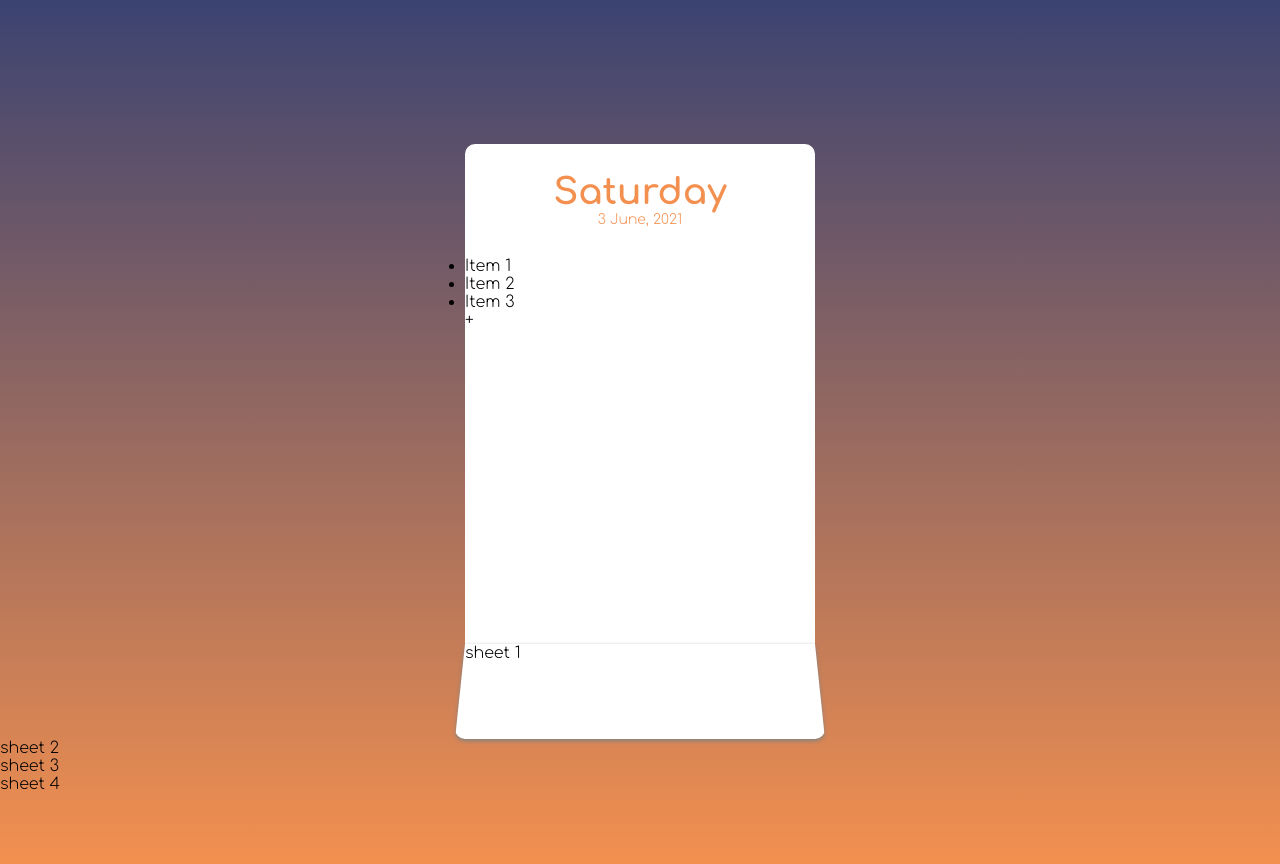
Repository: Colo-Codes/mini-projects
Page: todo-app/index.html
These files come from the project's save history. The page is drawn as it stood at one moment and after the next save; the edit follows.
The browser window is 1280 px wide. The pictures show the whole page.

Above is the page before, as saved 2021-07-04 11:39:25.

### todo-app/index.html
<!DOCTYPE html>
<html lang="en">
    <head>
        <meta charset="UTF-8" />
        <meta http-equiv="X-UA-Compatible" content="IE=edge" />
        <meta name="viewport" content="width=device-width, initial-scale=1.0" />
        <link rel="stylesheet" href="./css/index.css" />
        <title>Mini-Project - ToDo app</title>
    </head>
    <body>
        <div class="changing-background">
            <main class="todo">
                <section id="todo--header">
                    <header>Saturday</header>
                    <p>3 June, 2021</p>
                </section>
                <section id="todo--tasks-list">
                    <ul>
                        <li class="todo--tasks-list--item">Item 1</li>
                        <li class="todo--tasks-list--item">Item 2</li>
                        <li class="todo--tasks-list--item">Item 3</li>
                    </ul>
                </section>
                <section id="todo--footer">
                    <p>+</p>
                </section>
            </main>
            <div id="sheet-1-3d">sheet 1</div>
            <div id="sheet-2-3d">sheet 2</div>
            <div id="sheet-3-3d">sheet 3</div>
            <div id="sheet-4-3d">sheet 4</div>
        </div>
    </body>
</html>

### todo-app/css/index.css
@import url('https://fonts.googleapis.com/css2?family=Comfortaa:wght@300;700&display=swap');

/* Initial reset */

html {
    box-sizing: border-box;
    font-size: 16px;
}

*,
*:before,
*:after {
    box-sizing: inherit;
    margin: 0;
    padding: 0;
    /*outline: 1px dashed blue; /* Debugging purposes */
}

body {
    font-family: 'Comfortaa', cursive;
    background: #f3904f; /* fallback for old browsers */
    background: -webkit-linear-gradient(
        to bottom,
        #3b4371,
        #f3904f
    ); /* Chrome 10-25, Safari 5.1-6 */
    background: linear-gradient(
        to bottom,
        #3b4371,
        #f3904f
    ); /* W3C, IE 10+/ Edge, Firefox 16+, Chrome 26+, Opera 12+, Safari 7+ */
    background-repeat: no-repeat;
    background-size: cover;
    height: 100vh;
}

.todo {
    margin: auto;
    margin-top: 20vh;
    width: 350px;
    height: 500px;
    background-color: white;
    border-radius: 10px 10px 0 0;
}

#sheet-1-3d {
    width: 370px;
    height: 95px;
    margin: auto;
    border-radius: 0 0 10px 10px;
    /* trapezoidal shape */
    border-bottom: 95px solid white;
    border-left: 10px solid transparent;
    border-right: 10px solid transparent;
    /* height: 0; */
    /* width: 100px; */
    filter: drop-shadow(0px 2px 2px rgba(130, 130, 130, 1));
}
#sheet-1-3d::after {
    box-shadow: 0px 17px 12px rgba(0, 0, 0, 0.25);
    color: tomato;
    width: 370px;
    height: 95px;
    margin: auto;
    border-radius: 0 0 10px 10px;
    z-index: 10;
}

#todo--header header {
    padding-top: 1.75rem;
    font-size: 2.25rem;
    font-weight: 700;
    text-align: center;
    color: #f3904f;
}

#todo--header p {
    font-size: 0.875rem;
    text-align: center;
    color: #f3904f;
}

#todo--tasks-list {
    margin-top: 1.875rem;
}

After the next save:
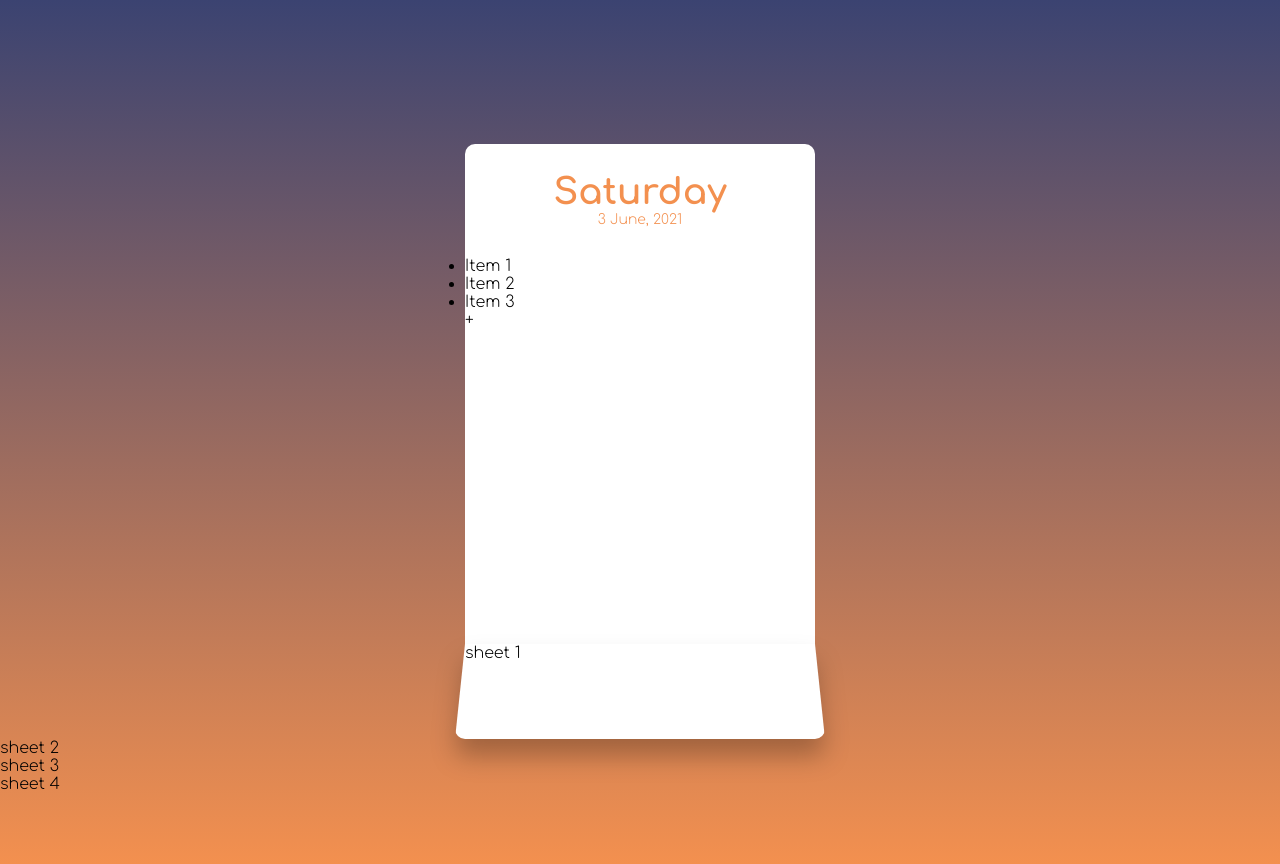
Saved 14 s later.
--- a/todo-app/css/index.css
+++ b/todo-app/css/index.css
@@ -54,10 +54,10 @@ body {
     border-right: 10px solid transparent;
     /* height: 0; */
     /* width: 100px; */
-    filter: drop-shadow(0px 2px 2px rgba(130, 130, 130, 1));
+    filter: drop-shadow(0px 17px 12px rgba(0, 0, 0, 0.25));
 }
 #sheet-1-3d::after {
-    box-shadow: 0px 17px 12px rgba(0, 0, 0, 0.25);
+    box-shadow: ;
     color: tomato;
     width: 370px;
     height: 95px;
